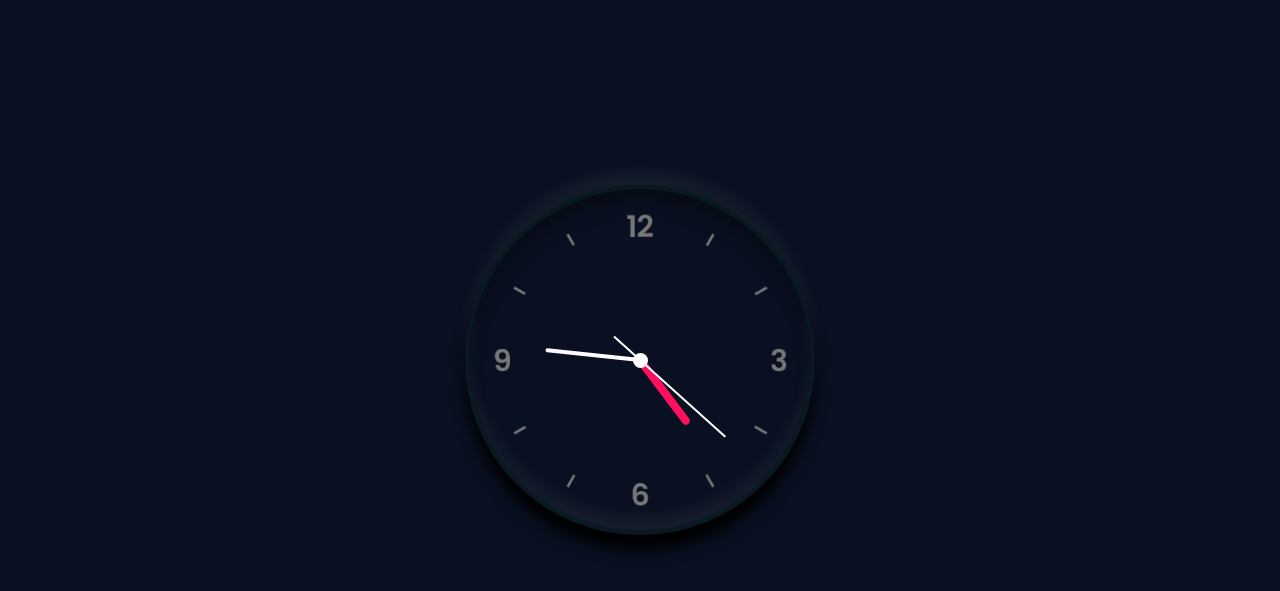
Repository: tharunkumaar404/Analog-Clock
Page: index.html
The author's editor kept a copy of each file at every save. The page is drawn from the files as they stood at one save, then again after the next save.
The browser window is 1280 px wide. The pictures show the whole page.

Above is the page before, as saved 2021-08-26 17:30:25.

After the next save:
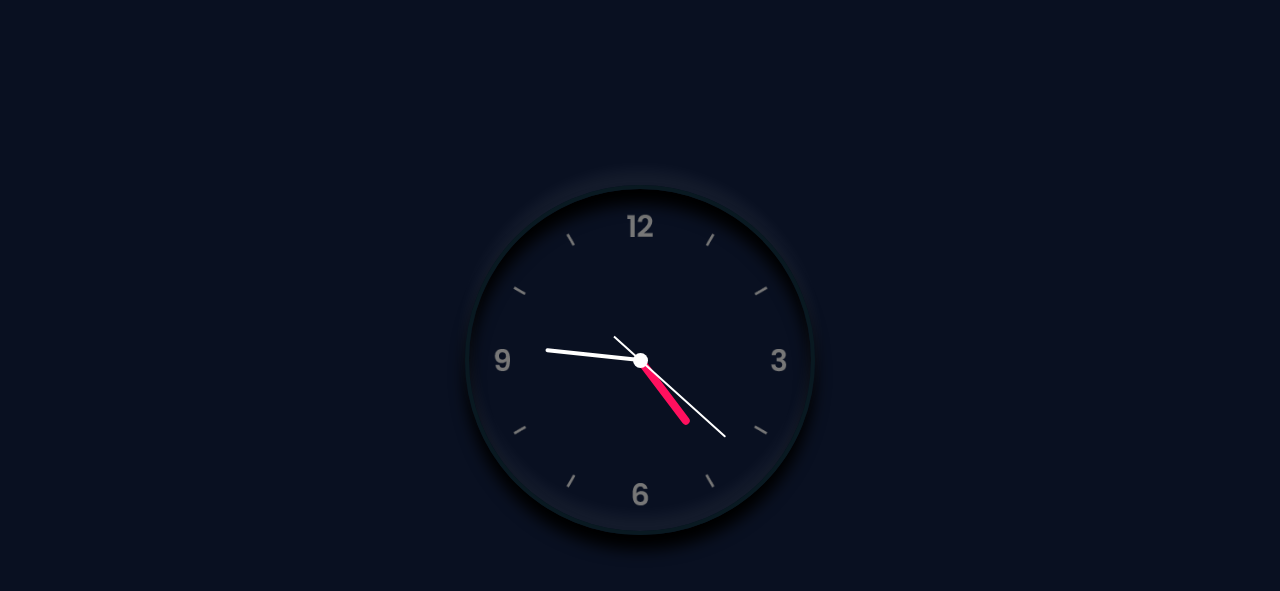
Saved 6 s later.
--- a/style.css
+++ b/style.css
@@ -26,7 +26,7 @@
     box-shadow: 0 -15px 15px rgba(255,255,255,0.05),
                 inset 0 -15px 15px rgba(255,255,255,0.05),
                 0 15px 15px rgba(0,0,0,5),
-                inset 0 15px 15px rgba(0,0,0,0.3);
+                inset 0 15px 15px rgba(0,0,0,5);
 }
 
 .clock:before{

After the 4 saves that followed:
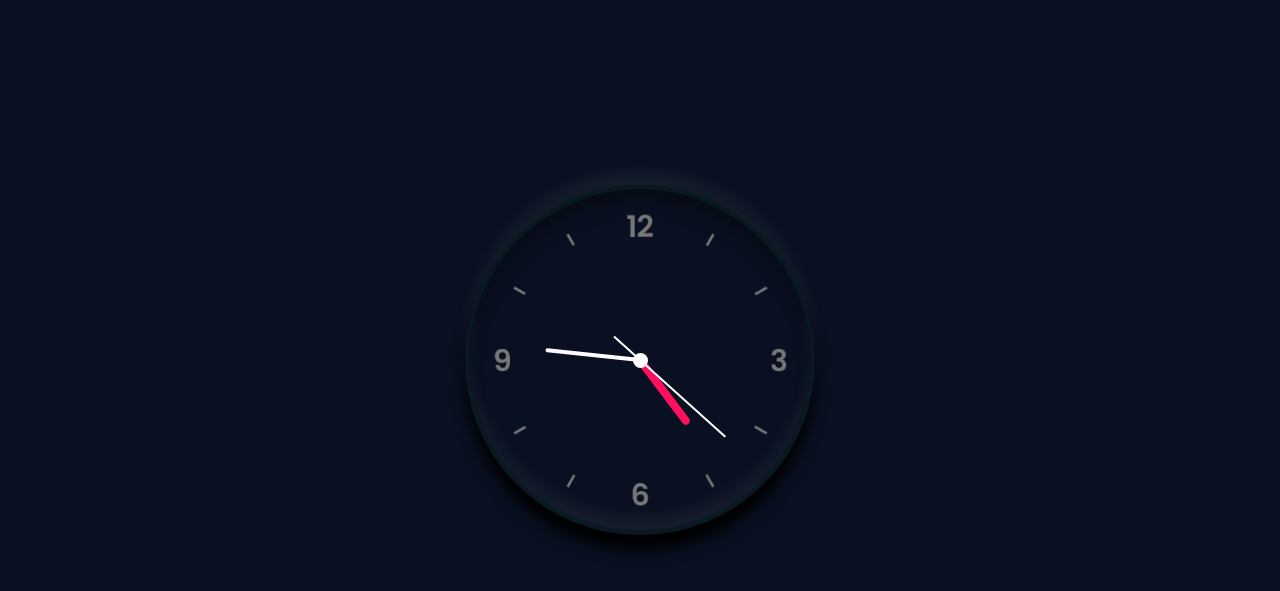
The 4 saves are shown as one change because they came seconds apart.
The last was saved 12 s later.
--- a/style.css
+++ b/style.css
@@ -26,7 +26,7 @@
     box-shadow: 0 -15px 15px rgba(255,255,255,0.05),
                 inset 0 -15px 15px rgba(255,255,255,0.05),
                 0 15px 15px rgba(0,0,0,5),
-                inset 0 15px 15px rgba(0,0,0,5);
+                inset 0 15px 15px rgba(0,0,0,0.3);
 }
 
 .clock:before{
